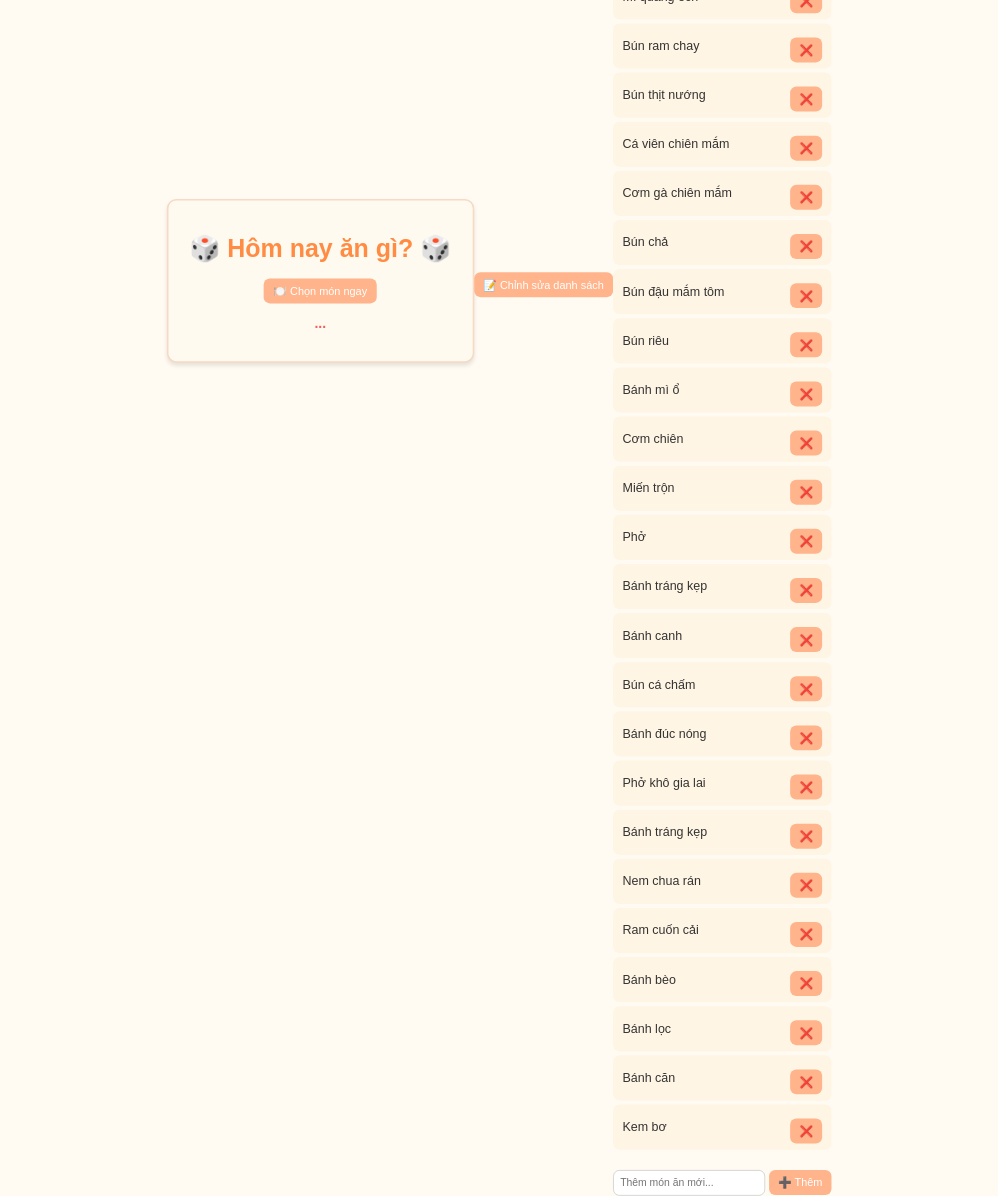
Repository: NT912/What-s-food-today-
Page: index.html
The author's editor kept a copy of each file at every save. The page is drawn from the files as they stood at one save, then again after the next save.
The browser window is 1280 px wide. The pictures show the whole page, at 78% of full size.

Above is the page before, as saved 2024-12-17 20:42:40.

### index.html
<!DOCTYPE html>
<html lang="vi">

<head>
  <meta charset="UTF-8">
  <meta name="viewport" content="width=device-width, initial-scale=1.0">
  <title>Random Món Ăn</title>
  <link rel="stylesheet" href="style.css">
</head>

<body>
  <!-- Random Section -->
  <div class="container">
    <h1>🎲 Hôm nay ăn gì? 🎲</h1>
    <button id="randomBtn" onclick="startRandom()">🍽️ Chọn món ngay</button>
    <p id="randomFood">...</p>
  </div>

  <!-- Edit Button -->
  <button class="edit-btn" onclick="openPopup()">📝 Chỉnh sửa danh sách</button>

  <!-- Popup Modal -->
  <div id="popup" class="popup">
    <div class="popup-content">
      <span class="close-btn" onclick="closePopup()">❌</span>
      <h2>📋 Danh sách món ăn</h2>
      <ul id="foodList"></ul>
      <div class="controls">
        <input type="text" id="foodInput" placeholder="Thêm món ăn mới...">
        <button onclick="addFood()">➕ Thêm</button>
      </div>
    </div>
  </div>

  <script src="script.js"></script>
</body>

</html>

### style.css
body {
  font-family: Arial, sans-serif;
  margin: 0;
  padding: 0;
  background-color: #fffbf2;
  color: #333;
  display: flex;
  justify-content: center;
  align-items: center;
  height: 100vh;
}

.container {
  background: #fffaf0;
  border: 2px solid #f7d9c4;
  border-radius: 12px;
  box-shadow: 0 4px 6px rgba(0, 0, 0, 0.1);
  padding: 20px;
  width: 350px;
  text-align: center;
}

h1 {
  color: #ff8c42;
  margin-bottom: 10px;
}

ul {
  list-style: none;
  padding: 0;
}

li {
  background: #fff5e4;
  margin: 5px 0;
  padding: 8px 12px;
  border-radius: 8px;
  display: flex;
  justify-content: space-between;
  align-items: center;
}

button {
  background: #ffb48b;
  color: white;
  border: none;
  padding: 8px 12px;
  margin-top: 10px;
  border-radius: 8px;
  cursor: pointer;
  font-size: 14px;
  transition: 0.3s;
}

button:hover {
  background: #ff8c42;
}

.random-btn {
  background-color: #f06060;
  font-weight: bold;
}

.controls input {
  padding: 8px;
  border: 1px solid #ccc;
  border-radius: 8px;
}

#randomFood {
  font-size: 18px;
  font-weight: bold;
  color: #f06060;
  margin-top: 15px;
}

### script.js
let foodList = [
  "Mì quảng tôm thịt",
  "Bánh cuốn",
  "Bún nước KonTum",
  "Cút lộn xào me",
  "Ốc đinh",
  "Mì cay",
  "Bún bò",
  "Chè",
  "Bánh mì chảo",
  "Mì trộn",
  "Xôi",
  "Mì quảng ếch",
  "Bún ram chay",
  "Bún thịt nướng",
  "Cá viên chiên mắm",
  "Cơm gà chiên mắm",
  "Bún chả",
  "Bún đậu mắm tôm",
  "Bún riêu",
  "Bánh mì ổ",
  "Cơm chiên",
  "Miến trộn",
  "Phở",
  "Bánh tráng kẹp",
  "Bánh canh",
  "Bún cá chấm",
  "Bánh đúc nóng",
  "Phở khô gia lai",
  "Bánh tráng kẹp",
  "Nem chua rán",
  "Ram cuốn cải",
  "Bánh bèo",
  "Bánh lọc",
  "Bánh căn",
  "Kem bơ",
];

function renderList() {
  const list = document.getElementById("foodList");
  list.innerHTML = "";
  foodList.forEach((food, index) => {
    list.innerHTML += `
            <li>
                ${food}
                <button onclick="deleteFood(${index})">❌</button>
            </li>
        `;
  });
}

function addFood() {
  const input = document.getElementById("foodInput");
  const newFood = input.value.trim();
  if (newFood) {
    foodList.push(newFood);
    input.value = "";
    renderList();
  }
}

function deleteFood(index) {
  foodList.splice(index, 1);
  renderList();
}

function pickRandomFood() {
  if (foodList.length > 0) {
    const randomIndex = Math.floor(Math.random() * foodList.length);
    document.getElementById(
      "randomFood"
    ).innerText = `🍽️ Món ăn hôm nay: ${foodList[randomIndex]}`;
  } else {
    document.getElementById("randomFood").innerText = "Danh sách trống!";
  }
}

window.onload = renderList;

After the next save:
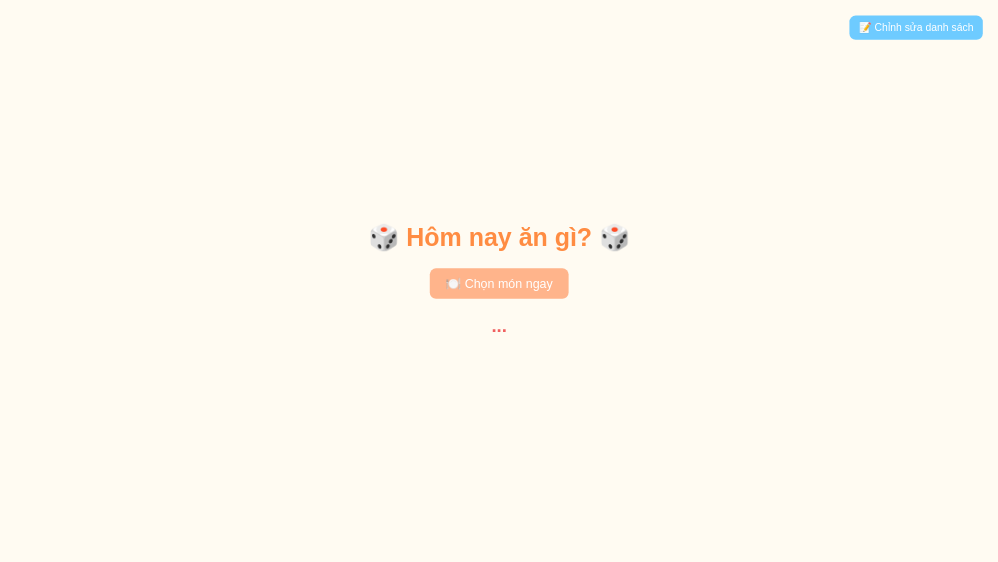
Saved 2 s later.
--- a/style.css
+++ b/style.css
@@ -1,28 +1,96 @@
+/* General Styles */
 body {
-  font-family: Arial, sans-serif;
+  font-family: "Arial", sans-serif;
   margin: 0;
-  padding: 0;
   background-color: #fffbf2;
   color: #333;
   display: flex;
   justify-content: center;
   align-items: center;
   height: 100vh;
-}
-
-.container {
-  background: #fffaf0;
-  border: 2px solid #f7d9c4;
-  border-radius: 12px;
-  box-shadow: 0 4px 6px rgba(0, 0, 0, 0.1);
-  padding: 20px;
-  width: 350px;
-  text-align: center;
+  overflow: hidden;
 }
 
 h1 {
   color: #ff8c42;
-  margin-bottom: 10px;
+}
+
+.container {
+  text-align: center;
+}
+
+#randomBtn {
+  background: #ffb48b;
+  color: #fff;
+  border: none;
+  padding: 10px 20px;
+  font-size: 16px;
+  border-radius: 8px;
+  cursor: pointer;
+  transition: transform 0.2s, background 0.3s;
+}
+
+#randomBtn:hover {
+  transform: scale(1.1);
+  background: #ff8c42;
+}
+
+#randomFood {
+  margin-top: 20px;
+  font-size: 24px;
+  color: #f06060;
+  font-weight: bold;
+  height: 30px;
+}
+
+.edit-btn {
+  position: absolute;
+  top: 20px;
+  right: 20px;
+  background: #6ecbff;
+  color: white;
+  padding: 8px 12px;
+  border: none;
+  border-radius: 8px;
+  cursor: pointer;
+}
+
+.edit-btn:hover {
+  background: #4aafff;
+}
+
+/* Popup Modal */
+.popup {
+  display: none;
+  position: fixed;
+  top: 0;
+  left: 0;
+  width: 100%;
+  height: 100%;
+  background-color: rgba(0, 0, 0, 0.5);
+  justify-content: center;
+  align-items: center;
+}
+
+.popup-content {
+  background: #fffaf0;
+  padding: 20px;
+  border-radius: 12px;
+  width: 400px;
+  max-height: 80%;
+  overflow-y: auto;
+  position: relative;
+}
+
+.popup-content h2 {
+  color: #ff8c42;
+}
+
+.close-btn {
+  position: absolute;
+  top: 10px;
+  right: 10px;
+  cursor: pointer;
 }
 
 ul {
@@ -33,43 +101,8 @@ ul {
 li {
   background: #fff5e4;
   margin: 5px 0;
-  padding: 8px 12px;
-  border-radius: 8px;
+  padding: 8px;
   display: flex;
   justify-content: space-between;
-  align-items: center;
-}
-
-button {
-  background: #ffb48b;
-  color: white;
-  border: none;
-  padding: 8px 12px;
-  margin-top: 10px;
-  border-radius: 8px;
-  cursor: pointer;
-  font-size: 14px;
-  transition: 0.3s;
-}
-
-button:hover {
-  background: #ff8c42;
-}
-
-.random-btn {
-  background-color: #f06060;
-  font-weight: bold;
-}
-
-.controls input {
-  padding: 8px;
-  border: 1px solid #ccc;
   border-radius: 8px;
 }
-
-#randomFood {
-  font-size: 18px;
-  font-weight: bold;
-  color: #f06060;
-  margin-top: 15px;
-}
